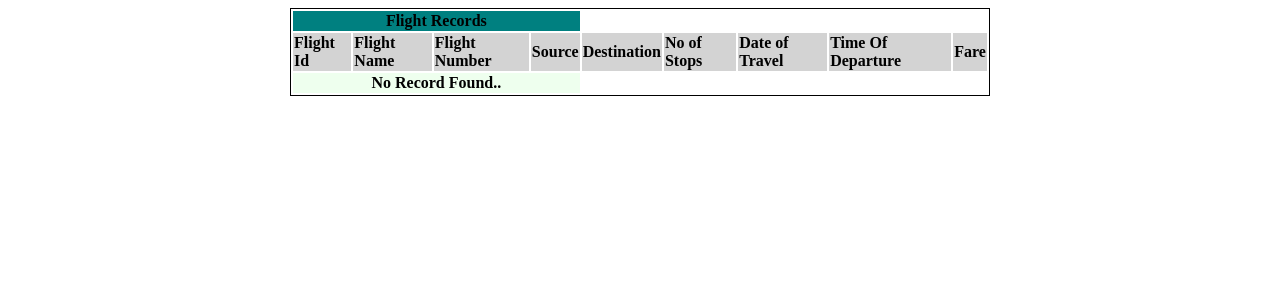
Repository: pawankas/Java_Mini_Project
Page: http://localhost/AirReservation/Search
The author's editor kept a copy of each file at every save. The page is drawn from the files as they stood at one save, then again after the next save.
The browser window is 1280 px wide. The pictures show the whole page.
The page is served by Tomcat 9. Other server files are loaded and not shown. Queries for data that is not in the repository find no rows.

Above is the page before, as saved 2022-03-17 17:37:02.

### Mini_Project_Java/AirReservation/WebContent/SearchView.jsp
<%@ page import="java.util.*" %>
 <%@page contentType="text/html" pageEncoding="UTF-8"%>
<!DOCTYPE HTML>
<html>
    <head>
    </head>
    <body>
        <table width="700px" align="center"
               style="border:1px solid #000000;">
            <tr>
                <td colspan=4 align="center"
                    style="background-color:teal">
                    <b>Flight Records</b></td>
            </tr>
            <tr style="background-color:lightgrey;">
                <td><b>Flight Id</b></td>
                <td><b>Flight Name</b></td>
                <td><b>Flight Number</b></td>
                <td><b>Source</b></td>
                <td><b>Destination</b></td>
                <td><b>No of Stops</b></td>
                <td><b>Date of Travel</b></td>
                <td><b>Time Of Departure</b></td>
                <td><b>Fare</b></td>

            </tr>

            <%
                int count = 0;
                String color = "";
                if (request.getAttribute("flightList") != null) {
                    ArrayList al = (ArrayList) request.getAttribute("flightList");
                    System.out.println(al);
                    Iterator itr = al.iterator();
                    while (itr.hasNext()) {

                        if ((count % 2) == 0) {
                            color = "";
                        }
                        count++;
                        ArrayList flightList = (ArrayList) itr.next();
            %>
            <tr style="background-color:<%=color%>;">
                <td><%=flightList.get(0)%></td>
                <td><%=flightList.get(1)%></td>
                <td><%=flightList.get(2)%></td>
                <td><%=flightList.get(3)%></td>
                <td><%=flightList.get(4)%></td>
                <td><%=flightList.get(5)%></td>
                <td><%=flightList.get(6)%></td>
                <td><%=flightList.get(7)%></td>
                <td><%=flightList.get(8)%></td>

            </tr>
            <%
                    }
                }
                if (count == 0) {
            %>
            <tr>
                <td colspan=4 align="center"
                    style="background-color:#eeffee"><b>No Record Found..</b></td>
            </tr>
            <%            }
            %>
        </table>
    </body>
</html>

### Mini_Project_Java/AirReservation/src/com/cybage/controller/FlightControllerServlet.java
package com.cybage.controller;

import java.io.IOException;
import java.io.PrintWriter;
import java.sql.Connection;
import java.sql.DriverManager;
import java.sql.ResultSet;
import java.sql.SQLException;
import java.sql.Statement;
import java.text.SimpleDateFormat;
import java.util.ArrayList;
import java.util.Date;
import java.util.List;

import javax.servlet.RequestDispatcher;
import javax.servlet.ServletException;
import javax.servlet.annotation.WebServlet;
import javax.servlet.http.HttpServlet;
import javax.servlet.http.HttpServletRequest;
import javax.servlet.http.HttpServletResponse;

import com.cybage.dao.FlightDao;
import com.cybage.model.Flight;

@WebServlet("/")
public class FlightControllerServlet extends HttpServlet {
	private static final long serialVersionUID = 1L;
	private FlightDao flightDao;

	public void init() {
		flightDao = new FlightDao();
	}

	protected void doPost(HttpServletRequest request, HttpServletResponse response)
			throws ServletException, IOException {
		doGet(request, response);
	}

	protected void doGet(HttpServletRequest request, HttpServletResponse response)
			throws ServletException, IOException {
		String action = request.getServletPath();

		try {
			switch (action) {
			case "/new":
				showNewForm(request, response);
				break;
			case "/insert":
				insertFlight(request, response);
				break;
			case "/delete":
				deleteFlight(request, response);
				break;
			case "/edit":
				showEditForm(request, response);
				break;
			case "/update":
				updateFlight(request, response);
				break;
			case "/uflist":
				userFlightList(request, response);
				break;
			case "/Search":
				searchFlightById(request, response);
				break;
			default:
				FlightList(request, response);
				break;
			}
		} catch (SQLException ex) {
			throw new ServletException(ex);
		}
	}

	private void FlightList(HttpServletRequest request, HttpServletResponse response)
			throws SQLException, IOException, ServletException {
		List<Flight> FlightList = flightDao.selectAllFlights();
		request.setAttribute("FlightList", FlightList);
		RequestDispatcher dispatcher = request.getRequestDispatcher("FlightList.jsp");
		dispatcher.forward(request, response);
	}

	private void userFlightList(HttpServletRequest request, HttpServletResponse response)
			throws SQLException, IOException, ServletException {
		List<Flight> FlightList = flightDao.selectAllFlights();
		request.setAttribute("FlightList", FlightList);
		RequestDispatcher dispatcher = request.getRequestDispatcher("userHome.jsp");
		dispatcher.forward(request, response);
	}

	private void showNewForm(HttpServletRequest request, HttpServletResponse response)
			throws ServletException, IOException {
		RequestDispatcher dispatcher = request.getRequestDispatcher("FlightForm.jsp");
		dispatcher.forward(request, response);
	}

	private void showEditForm(HttpServletRequest request, HttpServletResponse response)
			throws SQLException, ServletException, IOException {
		int flightId = Integer.parseInt(request.getParameter("flightId"));
		Flight existingFlight = flightDao.selectFlight(flightId);
		RequestDispatcher dispatcher = request.getRequestDispatcher("UpdateForm.jsp");
		request.setAttribute("flight", existingFlight);
		dispatcher.forward(request, response);

	}

	private void insertFlight(HttpServletRequest request, HttpServletResponse response)
			throws SQLException, IOException {
		String flightName = request.getParameter("flightName");
		String flightNumber = request.getParameter("flightNumber");
		String source = request.getParameter("source");
		String destination = request.getParameter("destination");
		String noOfStops = request.getParameter("noOfStops");
		String date = request.getParameter("date");
		String time = request.getParameter("time");
		double price = Double.parseDouble(request.getParameter("price"));
		Flight newFlight = new Flight(flightName, flightNumber, source, destination, noOfStops, date, time, price);
		flightDao.insertFlight(newFlight);
		response.sendRedirect("list");
	}

	private void updateFlight(HttpServletRequest request, HttpServletResponse response)
			throws IOException, SQLException {
		int flightId = Integer.parseInt(request.getParameter("flightId"));
		String flightName = request.getParameter("flightName");
		String flightNumber = request.getParameter("flightNumber");
		String source = request.getParameter("source");
		String destination = request.getParameter("destination");
		String noOfStops = request.getParameter("noOfStops");
		String date = request.getParameter("date");
		String time = request.getParameter("time");
		double price = Double.parseDouble(request.getParameter("price"));

		Flight flight = new Flight(flightId, flightName, flightNumber, source, destination, noOfStops, date, time,
				price);
		flightDao.updateFlight(flight);

		response.sendRedirect("list");
	}

	public void searchFlightById(HttpServletRequest request, HttpServletResponse response) throws IOException {
		response.setContentType("text/html");
		PrintWriter out = response.getWriter();
		Connection conn = null;
		String url = "jdbc:mysql://localhost:3306/";
		String dbName = "airlinereservationsystem";
		String driver = "com.mysql.jdbc.Driver";
		String userName = "root";
		String password = "P9637333109k@";
		Statement st = null;
		try {
			Class.forName(driver).newInstance();
			conn = DriverManager.getConnection(url + dbName, userName, password);
			System.out.println("connected!.....");
			String flightId = request.getParameter("flightId");
			System.out.println(flightId);
			ArrayList al = null;
			// Flight flight = null;
			ArrayList flightList = new ArrayList<>();
			String query = "select * from flight";
			if (flightId != null && !flightId.equals("")) {
				query = "select * from flight where flightId='" + flightId + "' ";
			}
			System.out.println("query " + query);
			st = conn.createStatement();
			ResultSet rs = st.executeQuery(query);

			while (rs.next()) {
				al = new ArrayList();
				/*
				 * Flight flight = new Flight();
				 * flight.setFlightId((Integer.parseInt(rs.getString(1))));
				 * flight.setFlightName(rs.getString(2));
				 */
				al.add(rs.getString(1));
				al.add(rs.getString(2));
				al.add(rs.getString(3));
				al.add(rs.getString(4));
				al.add(rs.getString(5));
				al.add(rs.getString(6));
				al.add(rs.getString(7));
				al.add(rs.getString(8));
				al.add(rs.getString(9));
				System.out.println("al :: " + al);
				flightList.add(al);
			}

			request.setAttribute("flightList", flightList);
			RequestDispatcher view = request.getRequestDispatcher("SearchView.jsp");
			view.forward(request, response);
			conn.close();
			System.out.println("Disconnected!");
		} catch (Exception e) {
			e.printStackTrace();
		}

	}

	private void deleteFlight(HttpServletRequest request, HttpServletResponse response)
			throws SQLException, IOException {
		System.out.println(request.getParameter("flightId"));
		try {
			int flightId = Integer.parseInt(request.getParameter("flightId"));
			flightDao.deleteFlight(flightId);

		} catch (NumberFormatException e) {
			// TODO Auto-generated catch block
			e.printStackTrace();
		}
		response.sendRedirect("list");
	}

}

After the next save:
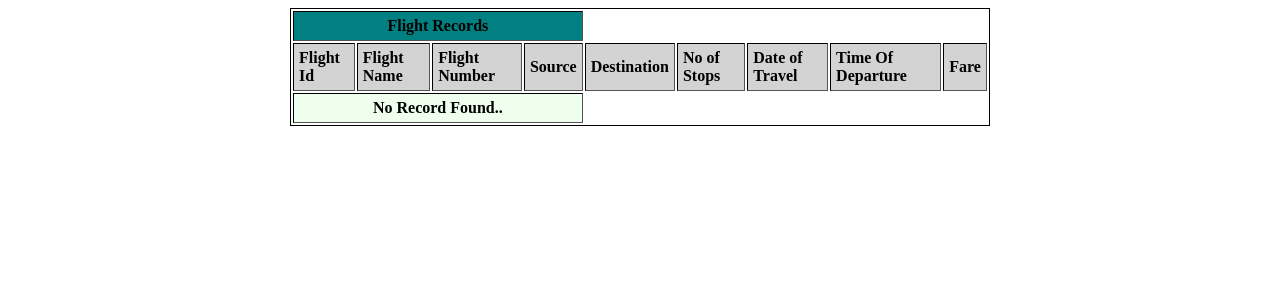
Saved 36 s later.
--- a/Mini_Project_Java/AirReservation/WebContent/SearchView.jsp
+++ b/Mini_Project_Java/AirReservation/WebContent/SearchView.jsp
@@ -5,7 +5,7 @@
     <head>
     </head>
     <body>
-        <table width="700px" align="center"
+        <table width="700px" align="center" border="1" cellpadding="5"
                style="border:1px solid #000000;">
             <tr>
                 <td colspan=4 align="center"
